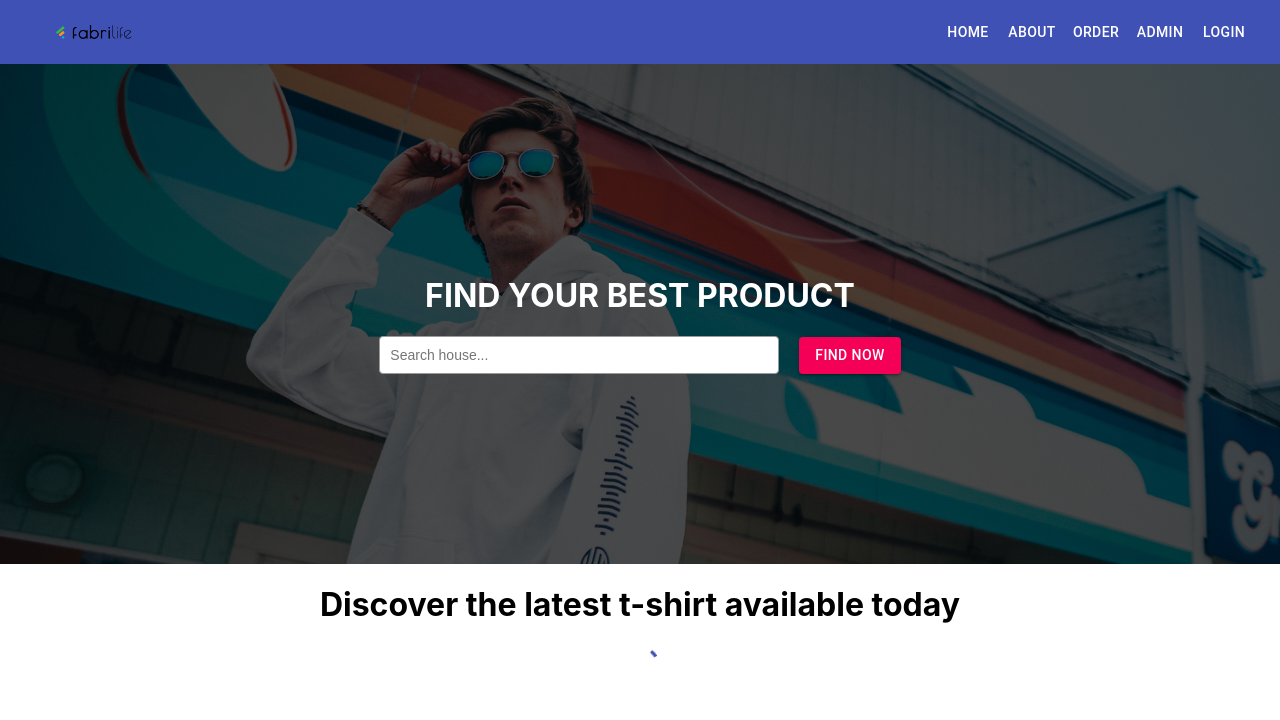
Repository: arif286/fabrilife-E-commerce-client-site
Page: /home
The author's editor kept a copy of each file at every save. The page is drawn from the files as they stood at one save, then again after the next save.
The browser window is 1280 px wide. The pictures show the whole page.
The page's requests for data from a server got no answer. The project was rebuilt for these pictures with package versions that can differ from the ones it lists, and the page was loaded fresh each time. No one was signed in, and anything a server would have sent is missing. Also part of the build but not shown: src/components/Admin/Admin.css, src/components/Admin/AddEvent/AddEvent.css, src/components/Admin/AddEvent/AddEvent.js, src/components/Admin/ProductManage/ProductManage.js, src/components/Admin/Sidebar/Sidebar.css, src/components/Admin/Sidebar/Sidebar.js, src/components/Admin/Admin.js, src/components/CheckOut/CheckOut.css and 8 more.

Above is the page before, as saved 2021-04-01 01:19:59.

After the next save:
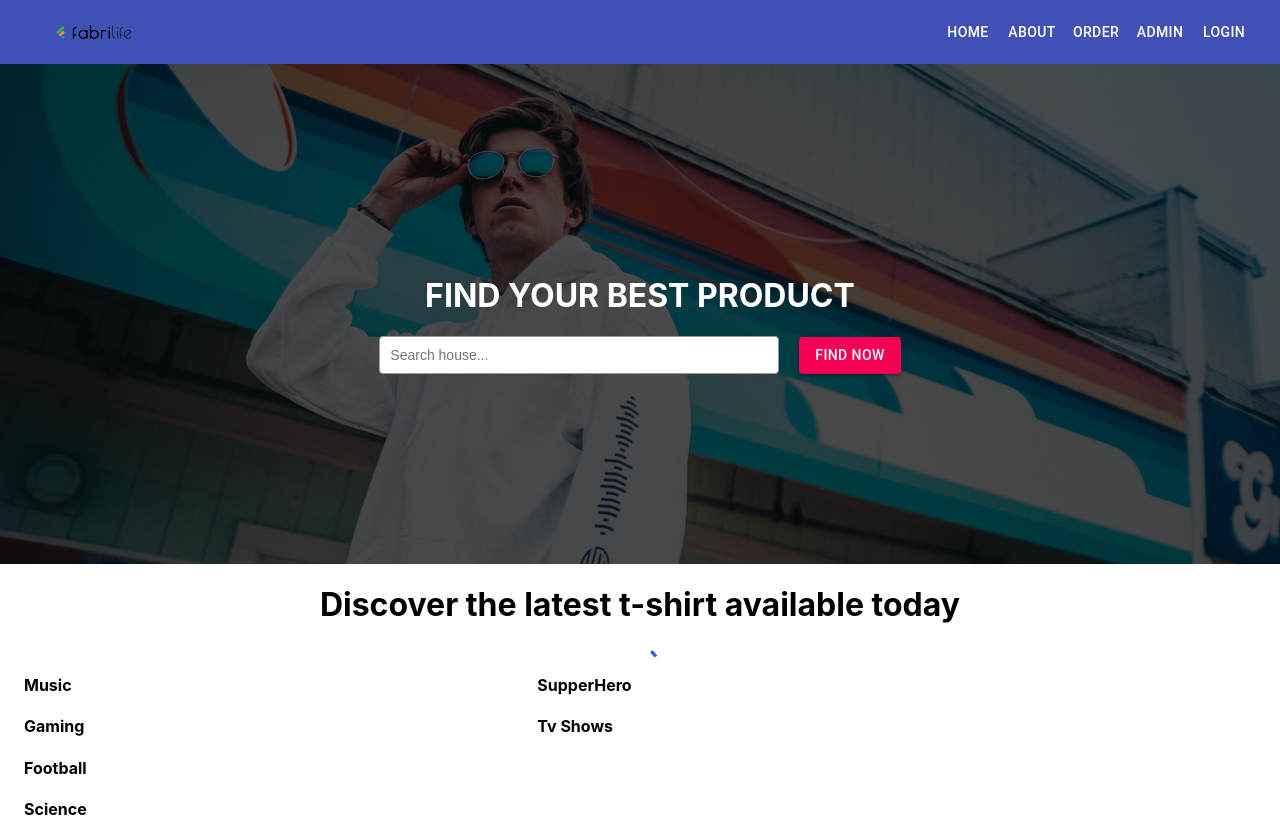
Saved 23 s later.
--- a/src/components/Home/Home.js
+++ b/src/components/Home/Home.js
@@ -1,4 +1,5 @@
 import React from 'react';
+import LatestProduct from '../LatestProduct/LatestProduct';
 import SearchBar from '../SearchBar/SearchBar';
 import Shop from '../Shop/Shop';
 
@@ -6,7 +7,8 @@ const Home = () => {
     return (
         <>
             <SearchBar/>
-            <Shop/>
+            <Shop />
+            <LatestProduct/>
         </>
     );
 };
